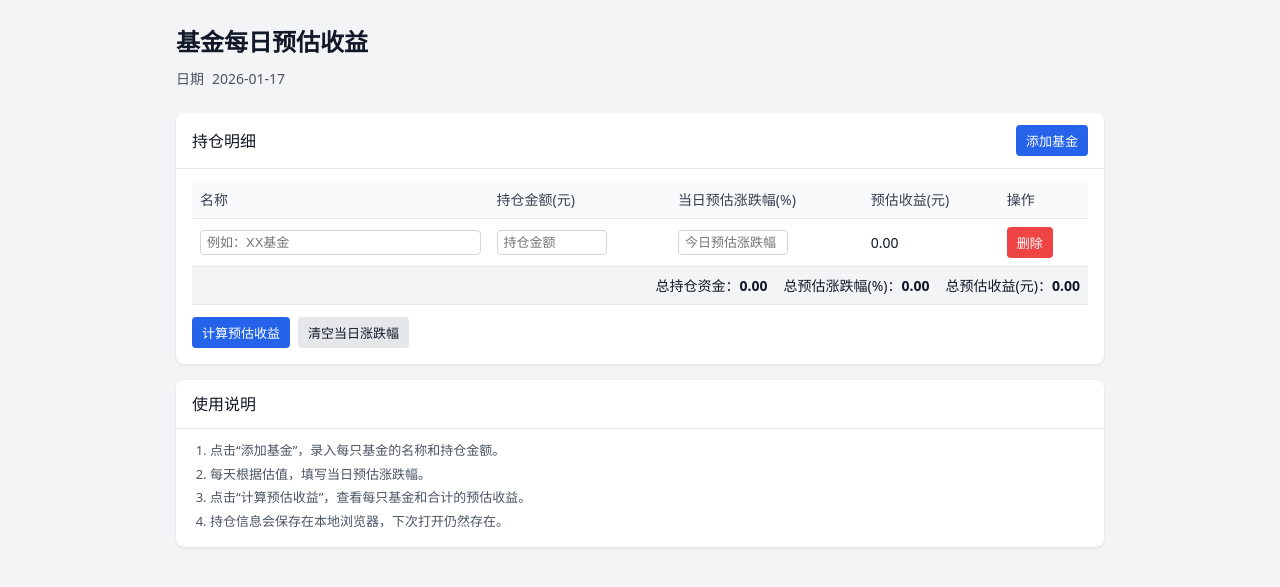
Repository: zt-boom/finance
Page: index.html
These files come from the project's save history. The page is drawn as it stood at one moment and after the next save; the edit follows.
The browser window is 1280 px wide. The pictures show the whole page.

Above is the page before, as saved 2026-01-17 12:22:29.

### index.html
<!DOCTYPE html>
<html lang="zh-CN">
<head>
<meta charset="UTF-8">
<title>基金每日预估收益</title>
<meta name="viewport" content="width=device-width,initial-scale=1">
<link rel="stylesheet" href="./style.css">
</head>
<body>
<div class="app">
<header class="app-header">
<h1>基金每日预估收益</h1>
<div class="date-row">
<span>日期</span>
<span id="current-date"></span>
</div>
</header>
<main class="app-main">
<section class="card">
<div class="card-header">
<h2>持仓明细</h2>
<button id="add-fund-btn" class="primary-button">添加基金</button>
</div>
<div class="card-body">
<div class="table-wrapper">
<table class="fund-table">
<thead>
<tr>
<th>名称</th>
<th>持仓金额(元)</th>
<th>当日预估涨跌幅(%)</th>
<th>预估收益(元)</th>
<th>操作</th>
</tr>
</thead>
<tbody id="fund-table-body"></tbody>
<tfoot>
<tr class="summary-row">
<td colspan="5">
<div class="summary-items">
<span>总持仓资金：<strong id="total-amount">0.00</strong></span>
<span>总预估涨跌幅(%)：<strong id="total-percent">0.00</strong></span>
<span>总预估收益(元)：<strong id="total-profit">0.00</strong></span>
</div>
</td>
</tr>
</tfoot>
</table>
</div>
<div class="actions-row">
<button id="calculate-btn" class="primary-button">计算预估收益</button>
<button id="reset-percentage-btn" class="secondary-button">清空当日涨跌幅</button>
</div>
</div>
</section>
<section class="card">
<div class="card-header">
<h2>使用说明</h2>
</div>
<div class="card-body instructions">
<ol>
<li>点击“添加基金”，录入每只基金的名称和持仓金额。</li>
<li>每天根据估值，填写当日预估涨跌幅。</li>
<li>点击“计算预估收益”，查看每只基金和合计的预估收益。</li>
<li>持仓信息会保存在本地浏览器，下次打开仍然存在。</li>
</ol>
</div>
</section>
</main>
</div>
<div id="confirm-overlay" class="confirm-overlay" hidden>
<div class="confirm-dialog">
<h3 class="confirm-title">确认删除</h3>
<p class="confirm-message" id="confirm-message">确定要删除这条持仓记录吗？</p>
<div class="confirm-actions">
<button id="confirm-cancel" class="secondary-button">取消</button>
<button id="confirm-ok" class="danger-button">删除</button>
</div>
</div>
</div>
<script src="./main.js"></script>
</body>
</html>

### style.css
* {
box-sizing: border-box;
margin: 0;
padding: 0;
}

body {
font-family: system-ui, -apple-system, BlinkMacSystemFont, "Segoe UI", sans-serif;
background-color: #f3f4f6;
color: #111827;
line-height: 1.5;
}

.app {
max-width: 960px;
margin: 0 auto;
padding: 24px 16px 40px;
}

.app-header {
display: flex;
flex-direction: column;
gap: 8px;
margin-bottom: 24px;
}

.app-header h1 {
font-size: 24px;
font-weight: 600;
color: #111827;
}

.date-row {
display: flex;
gap: 8px;
align-items: center;
font-size: 14px;
color: #4b5563;
}

.app-main {
display: flex;
flex-direction: column;
gap: 16px;
}

.card {
background-color: #ffffff;
border-radius: 8px;
box-shadow: 0 1px 3px rgba(15, 23, 42, 0.1);
overflow: hidden;
}

.card-header {
display: flex;
justify-content: space-between;
align-items: center;
padding: 12px 16px;
border-bottom: 1px solid #e5e7eb;
}

.card-header h2 {
font-size: 16px;
font-weight: 500;
}

.card-body {
padding: 12px 16px 16px;
}

.table-wrapper {
overflow-x: auto;
margin-bottom: 12px;
}

.fund-table {
width: 100%;
border-collapse: collapse;
font-size: 14px;
}

.fund-table th,
.fund-table td {
border-bottom: 1px solid #e5e7eb;
padding: 8px;
text-align: left;
}

.fund-table thead {
background-color: #f9fafb;
}

.fund-table th {
font-weight: 500;
color: #374151;
}

.fund-table tbody tr:nth-child(even) {
background-color: #f9fafb;
}

.fund-table input {
width: 100%;
padding: 4px 6px;
font-size: 13px;
border-radius: 4px;
border: 1px solid #d1d5db;
outline: none;
}

.fund-table input.narrow-number-input {
width: 110px;
}

.fund-table input[type="number"]::-webkit-outer-spin-button,
.fund-table input[type="number"]::-webkit-inner-spin-button {
-webkit-appearance: none;
margin: 0;
}

.fund-table input[type="number"] {
-moz-appearance: textfield;
}

.fund-table input:focus {
border-color: #2563eb;
box-shadow: 0 0 0 1px rgba(37, 99, 235, 0.2);
}

.summary-row td {
font-weight: 600;
color: #111827;
background-color: #f3f4f6;
}

.summary-items {
display: flex;
flex-wrap: wrap;
gap: 4px 16px;
justify-content: flex-end;
align-items: center;
}

.summary-items span {
font-weight: 500;
white-space: nowrap;
}

.primary-button,
.secondary-button,
.danger-button {
border-radius: 4px;
border: none;
cursor: pointer;
font-size: 13px;
padding: 6px 10px;
display: inline-flex;
align-items: center;
justify-content: center;
}

.primary-button {
background-color: #2563eb;
color: #ffffff;
}

.primary-button:hover {
background-color: #1d4ed8;
}

.secondary-button {
background-color: #e5e7eb;
color: #111827;
}

.secondary-button:hover {
background-color: #d1d5db;
}

.danger-button {
background-color: #ef4444;
color: #ffffff;
}

.danger-button:hover {
background-color: #dc2626;
}

.actions-row {
display: flex;
flex-wrap: wrap;
gap: 8px;
margin-top: 4px;
}

.instructions {
font-size: 13px;
color: #4b5563;
}

.instructions ol {
padding-left: 18px;
display: flex;
flex-direction: column;
gap: 4px;
}

@media (max-width: 640px) {
.app {
padding-inline: 12px;
}
.card-header {
flex-direction: column;
gap: 8px;
align-items: flex-start;
}
}

### main.js
const STORAGE_KEY = "fund_holdings_v1";

function formatCurrency(value) {
if (Number.isNaN(value)) return "0.00";
return value.toFixed(2);
}

function getTodayDateString() {
const now = new Date();
const year = String(now.getFullYear());
const month = String(now.getMonth() + 1).padStart(2, "0");
const day = String(now.getDate()).padStart(2, "0");
return `${year}-${month}-${day}`;
}

function loadHoldingsFromStorage() {
try {
const raw = window.localStorage.getItem(STORAGE_KEY);
if (!raw) return [];
const parsed = JSON.parse(raw);
if (!Array.isArray(parsed)) return [];
return parsed;
} catch (e) {
return [];
}
}

function saveHoldingsToStorage(holdings) {
try {
const serialized = JSON.stringify(holdings);
window.localStorage.setItem(STORAGE_KEY, serialized);
} catch (e) {
}
}

function createTableRow(fund) {
const tr = document.createElement("tr");
const nameTd = document.createElement("td");
const amountTd = document.createElement("td");
const percentTd = document.createElement("td");
const profitTd = document.createElement("td");
const actionsTd = document.createElement("td");
const nameInput = document.createElement("input");
nameInput.type = "text";
nameInput.value = fund.name || "";
nameInput.placeholder = "例如：XX基金";
nameInput.addEventListener("change", handleStorageUpdate);
const amountInput = document.createElement("input");
amountInput.type = "number";
amountInput.step = "0.01";
amountInput.min = "0";
amountInput.value = fund.amount != null ? String(fund.amount) : "";
amountInput.placeholder = "持仓金额";
amountInput.addEventListener("change", handleStorageUpdate);
const percentInput = document.createElement("input");
percentInput.type = "number";
percentInput.step = "0.01";
percentInput.placeholder = "今日预估涨跌幅";
amountInput.className = "narrow-number-input";
percentInput.className = "narrow-number-input";
const profitSpan = document.createElement("span");
profitSpan.textContent = "0.00";
const deleteButton = document.createElement("button");
deleteButton.textContent = "删除";
deleteButton.className = "danger-button";
deleteButton.addEventListener("click", () => {
const confirmed = window.confirm("确定要删除这条持仓记录吗？");
if (!confirmed) {
return;
}
tr.remove();
handleStorageUpdate();
calculateProfit();
});
nameTd.appendChild(nameInput);
amountTd.appendChild(amountInput);
percentTd.appendChild(percentInput);
profitTd.appendChild(profitSpan);
actionsTd.appendChild(deleteButton);
tr.appendChild(nameTd);
tr.appendChild(amountTd);
tr.appendChild(percentTd);
tr.appendChild(profitTd);
tr.appendChild(actionsTd);
tr.dataset.role = "fund-row";
return tr;
}

function readHoldingsFromTable() {
const rows = document.querySelectorAll('tr[data-role="fund-row"]');
const holdings = [];
rows.forEach(row => {
const inputs = row.querySelectorAll("input");
const nameInput = inputs[0];
const amountInput = inputs[1];
const name = nameInput.value.trim();
const amount = parseFloat(amountInput.value);
if (!name && (Number.isNaN(amount) || amount <= 0)) {
return;
}
holdings.push({
name,
amount: Number.isNaN(amount) ? 0 : amount
});
});
return holdings;
}

function handleStorageUpdate() {
const holdings = readHoldingsFromTable();
saveHoldingsToStorage(holdings);
}

function populateTableFromStorage() {
const tbody = document.getElementById("fund-table-body");
tbody.innerHTML = "";
const holdings = loadHoldingsFromStorage();
if (holdings.length === 0) {
const row = createTableRow({ name: "", amount: null });
tbody.appendChild(row);
return;
}
holdings.forEach(fund => {
const row = createTableRow(fund);
tbody.appendChild(row);
});
}

function calculateProfit() {
const rows = document.querySelectorAll('tr[data-role="fund-row"]');
let totalProfit = 0;
let totalAmount = 0;
rows.forEach(row => {
const inputs = row.querySelectorAll("input");
const amountInput = inputs[1];
const percentInput = inputs[2];
const amount = parseFloat(amountInput.value);
const percent = parseFloat(percentInput.value);
const profitCell = row.querySelector("td:nth-child(4) span");
if (Number.isNaN(amount) || Number.isNaN(percent)) {
profitCell.textContent = "0.00";
return;
}
const profit = amount * percent / 100;
totalProfit += profit;
if (!Number.isNaN(amount)) {
totalAmount += amount;
}
profitCell.textContent = formatCurrency(profit);
});
const totalAmountElement = document.getElementById("total-amount");
const totalPercentElement = document.getElementById("total-percent");
if (totalAmountElement) {
totalAmountElement.textContent = formatCurrency(totalAmount);
}
if (totalPercentElement) {
const totalPercent = totalAmount > 0 ? (totalProfit / totalAmount) * 100 : 0;
totalPercentElement.textContent = formatCurrency(totalPercent);
}
const totalProfitElement = document.getElementById("total-profit");
totalProfitElement.textContent = formatCurrency(totalProfit);
}

function resetPercentages() {
const rows = document.querySelectorAll('tr[data-role="fund-row"]');
rows.forEach(row => {
const inputs = row.querySelectorAll("input");
const percentInput = inputs[2];
const profitCell = row.querySelector("td:nth-child(4) span");
percentInput.value = "";
profitCell.textContent = "0.00";
});
const totalProfitElement = document.getElementById("total-profit");
totalProfitElement.textContent = "0.00";
const totalPercentElement = document.getElementById("total-percent");
if (totalPercentElement) {
totalPercentElement.textContent = "0.00";
}
const totalAmountElement = document.getElementById("total-amount");
if (totalAmountElement) {
let totalAmount = 0;
const rows = document.querySelectorAll('tr[data-role="fund-row"]');
rows.forEach(row => {
const inputs = row.querySelectorAll("input");
const amountInput = inputs[1];
const amount = parseFloat(amountInput.value);
if (!Number.isNaN(amount)) {
totalAmount += amount;
}
});
totalAmountElement.textContent = formatCurrency(totalAmount);
}
}

function initApp() {
const dateElement = document.getElementById("current-date");
if (dateElement) {
dateElement.textContent = getTodayDateString();
}
populateTableFromStorage();
const addFundButton = document.getElementById("add-fund-btn");
const calculateButton = document.getElementById("calculate-btn");
const resetPercentageButton = document.getElementById("reset-percentage-btn");
if (addFundButton) {
addFundButton.addEventListener("click", () => {
const tbody = document.getElementById("fund-table-body");
const row = createTableRow({ name: "", amount: null });
tbody.appendChild(row);
});
}
if (calculateButton) {
calculateButton.addEventListener("click", () => {
calculateProfit();
handleStorageUpdate();
});
}
if (resetPercentageButton) {
resetPercentageButton.addEventListener("click", () => {
resetPercentages();
});
}
}

if (document.readyState === "loading") {
document.addEventListener("DOMContentLoaded", initApp);
} else {
initApp();
}

After the next save:
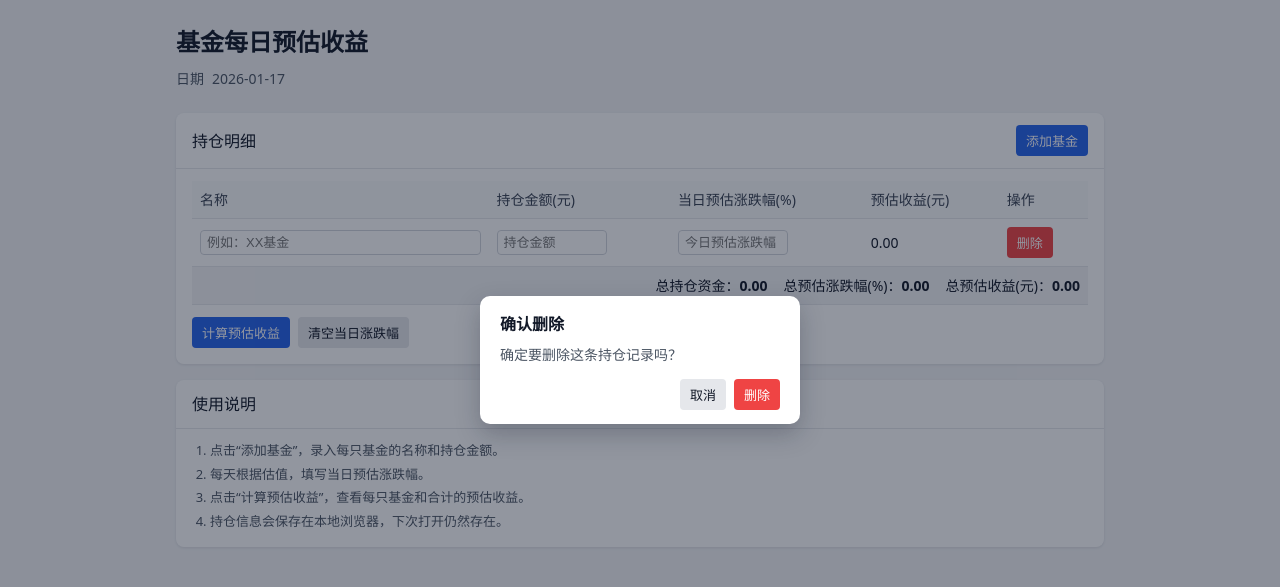
Saved 14 s later.
--- a/style.css
+++ b/style.css
@@ -144,6 +144,44 @@ align-items: center;
 .summary-items span {
 font-weight: 500;
 white-space: nowrap;
+}
+
+.confirm-overlay {
+position: fixed;
+inset: 0;
+background-color: rgba(15, 23, 42, 0.45);
+display: flex;
+align-items: center;
+justify-content: center;
+z-index: 50;
+}
+
+.confirm-dialog {
+background-color: #ffffff;
+border-radius: 10px;
+box-shadow: 0 10px 25px rgba(15, 23, 42, 0.25);
+padding: 16px 20px 14px;
+width: 90%;
+max-width: 320px;
+}
+
+.confirm-title {
+font-size: 16px;
+font-weight: 600;
+margin-bottom: 8px;
+color: #111827;
+}
+
+.confirm-message {
+font-size: 14px;
+color: #4b5563;
+margin-bottom: 14px;
+}
+
+.confirm-actions {
+display: flex;
+justify-content: flex-end;
+gap: 8px;
 }
 
 .primary-button,

After the 3 saves that followed:
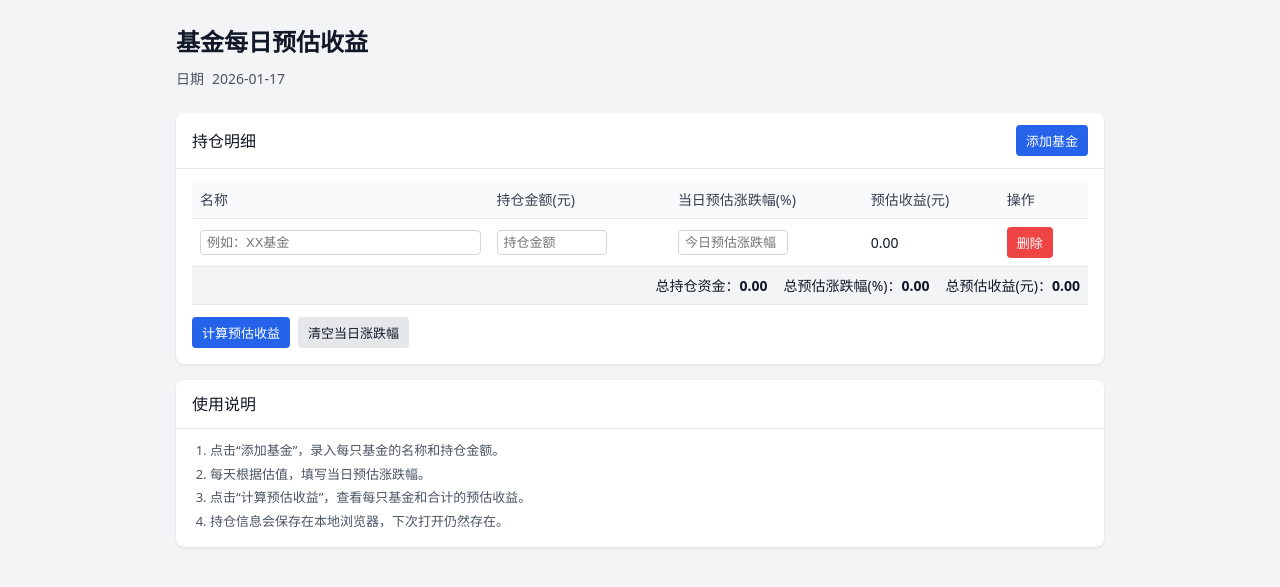
The 3 saves are shown as one change because 2 left the picture as it was.
The last was saved 4 min 11 s later.
--- a/index.html
+++ b/index.html
@@ -68,16 +68,6 @@
 </section>
 </main>
 </div>
-<div id="confirm-overlay" class="confirm-overlay" hidden>
-<div class="confirm-dialog">
-<h3 class="confirm-title">确认删除</h3>
-<p class="confirm-message" id="confirm-message">确定要删除这条持仓记录吗？</p>
-<div class="confirm-actions">
-<button id="confirm-cancel" class="secondary-button">取消</button>
-<button id="confirm-ok" class="danger-button">删除</button>
-</div>
-</div>
-</div>
 <script src="./main.js"></script>
 </body>
 </html>
--- a/main.js
+++ b/main.js
@@ -64,13 +64,11 @@ const deleteButton = document.createElement("button");
 deleteButton.textContent = "删除";
 deleteButton.className = "danger-button";
 deleteButton.addEventListener("click", () => {
-const confirmed = window.confirm("确定要删除这条持仓记录吗？");
-if (!confirmed) {
-return;
-}
+openDeleteConfirm(() => {
 tr.remove();
 handleStorageUpdate();
 calculateProfit();
+});
 });
 nameTd.appendChild(nameInput);
 amountTd.appendChild(amountInput);
@@ -221,6 +219,33 @@ resetPercentages();
 }
 }
 
+function openDeleteConfirm(onConfirm) {
+const overlay = document.getElementById("confirm-overlay");
+const messageElement = document.getElementById("confirm-message");
+const okButton = document.getElementById("confirm-ok");
+const cancelButton = document.getElementById("confirm-cancel");
+if (!overlay || !messageElement || !okButton || !cancelButton) {
+const confirmed = window.confirm("确定要删除这条持仓记录吗？");
+if (confirmed) {
+onConfirm();
+}
+return;
+}
+overlay.removeAttribute("hidden");
+const cleanup = () => {
+overlay.setAttribute("hidden", "true");
+okButton.onclick = null;
+cancelButton.onclick = null;
+};
+cancelButton.onclick = () => {
+cleanup();
+};
+okButton.onclick = () => {
+cleanup();
+onConfirm();
+};
+}
+
 if (document.readyState === "loading") {
 document.addEventListener("DOMContentLoaded", initApp);
 } else {
